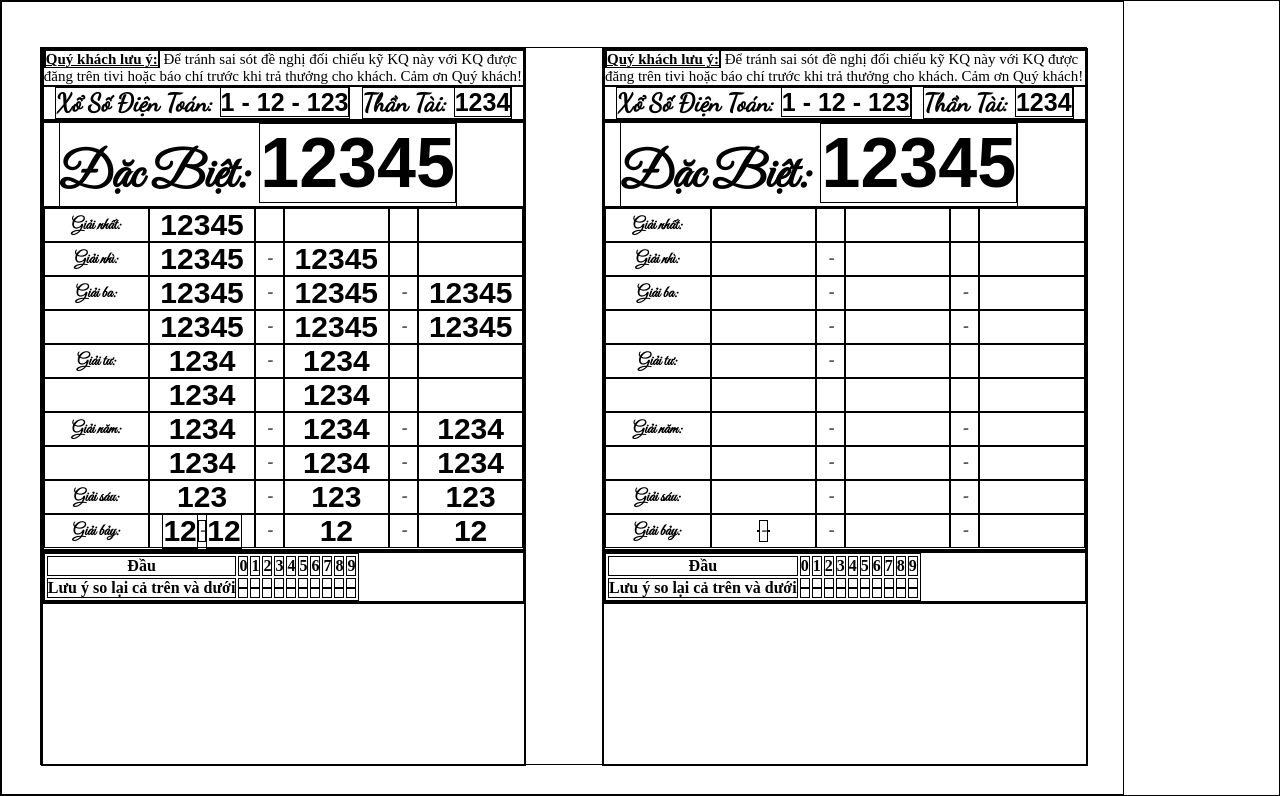
Repository: AnhDuc0125/xskt123
Page: index.html
These files come from the project's save history. The page is drawn as it stood at one moment and after the next save; the edit follows.
The browser window is 1280 px wide. The pictures show the whole page.
Some web fonts or font styles are not loaded; a fallback is used.

Above is the page before, as saved 2022-01-29 17:00:19.

After the next save:
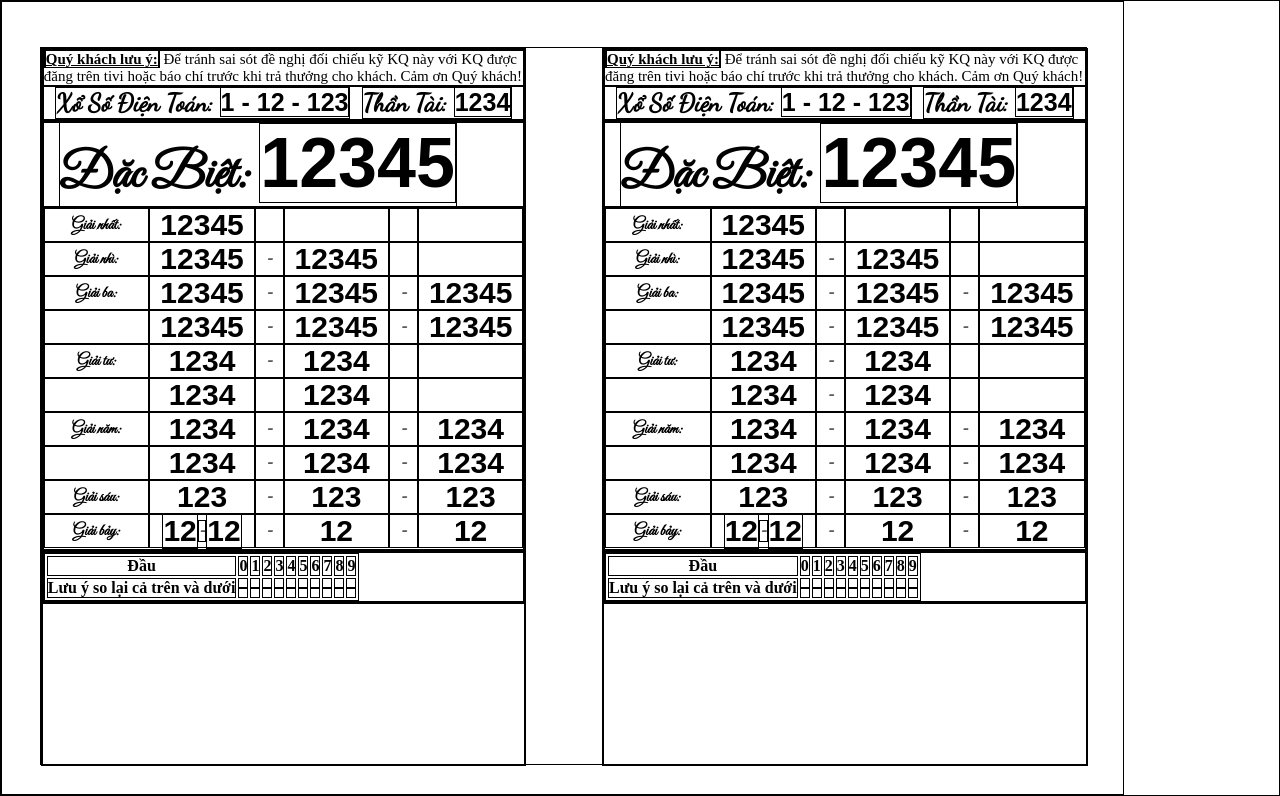
Saved 80 s later.
--- a/index.html
+++ b/index.html
@@ -194,78 +194,78 @@
           <div class="body--2">
             <!-- row1 -->
             <div class="body__item">Giải nhất:</div>
-            <div class="body__item data__body"></div>
+            <div class="body__item data__body">12345</div>
             <div class="body__item"></div>
             <div class="body__item"></div>
             <div class="body__item"></div>
             <div class="body__item"></div>
             <!-- row2 -->
             <div class="body__item">Giải nhì:</div>
-            <div class="body__item data__body"></div>
-            <div class="body__item space">-</div>
-            <div class="body__item data__body"></div>
+            <div class="body__item data__body">12345</div>
+            <div class="body__item space">-</div>
+            <div class="body__item data__body">12345</div>
             <div class="body__item"></div>
             <div class="body__item"></div>
             <!-- row3 -->
             <div class="body__item">Giải ba:</div>
-            <div class="body__item data__body"></div>
-            <div class="body__item space">-</div>
-            <div class="body__item data__body"></div>
-            <div class="body__item space">-</div>
-            <div class="body__item data__body"></div>
+            <div class="body__item data__body">12345</div>
+            <div class="body__item space">-</div>
+            <div class="body__item data__body">12345</div>
+            <div class="body__item space">-</div>
+            <div class="body__item data__body">12345</div>
             <!-- row4 -->
             <div class="body__item"></div>
-            <div class="body__item data__body"></div>
-            <div class="body__item space">-</div>
-            <div class="body__item data__body"></div>
-            <div class="body__item space">-</div>
-            <div class="body__item data__body"></div>
+            <div class="body__item data__body">12345</div>
+            <div class="body__item space">-</div>
+            <div class="body__item data__body">12345</div>
+            <div class="body__item space">-</div>
+            <div class="body__item data__body">12345</div>
             <!-- row5 -->
             <div class="body__item">Giải tư:</div>
-            <div class="body__item data__body"></div>
-            <div class="body__item space">-</div>
-            <div class="body__item data__body"></div>
+            <div class="body__item data__body">1234</div>
+            <div class="body__item space">-</div>
+            <div class="body__item data__body">1234</div>
             <div class="body__item"></div>
             <div class="body__item"></div>
             <!-- row6 -->
             <div class="body__item"></div>
-            <div class="body__item data__body"></div>
-            <div class="body__item"></div>
-            <div class="body__item data__body"></div>
+            <div class="body__item data__body">1234</div>
+            <div class="body__item">-</div>
+            <div class="body__item data__body">1234</div>
             <div class="body__item"></div>
             <div class="body__item"></div>
             <!-- row7 -->
             <div class="body__item">Giải năm:</div>
-            <div class="body__item data__body"></div>
-            <div class="body__item space">-</div>
-            <div class="body__item data__body"></div>
-            <div class="body__item space">-</div>
-            <div class="body__item data__body"></div>
+            <div class="body__item data__body">1234</div>
+            <div class="body__item space">-</div>
+            <div class="body__item data__body">1234</div>
+            <div class="body__item space">-</div>
+            <div class="body__item data__body">1234</div>
             <!-- row8 -->
             <div class="body__item"></div>
-            <div class="body__item data__body"></div>
-            <div class="body__item space">-</div>
-            <div class="body__item data__body"></div>
-            <div class="body__item space">-</div>
-            <div class="body__item data__body"></div>
+            <div class="body__item data__body">1234</div>
+            <div class="body__item space">-</div>
+            <div class="body__item data__body">1234</div>
+            <div class="body__item space">-</div>
+            <div class="body__item data__body">1234</div>
             <!-- row9 -->
             <div class="body__item">Giải sáu:</div>
-            <div class="body__item data__body"></div>
-            <div class="body__item space">-</div>
-            <div class="body__item data__body"></div>
-            <div class="body__item space">-</div>
-            <div class="body__item data__body"></div>
+            <div class="body__item data__body">123</div>
+            <div class="body__item space">-</div>
+            <div class="body__item data__body">123</div>
+            <div class="body__item space">-</div>
+            <div class="body__item data__body">123</div>
             <!-- row10 -->
             <div class="body__item">Giải bảy:</div>
             <div class="body__item">
-              <span class="data__body"></span>
+              <span class="data__body">12</span>
               <span>-</span>
-              <span class="data__body"></span>
-            </div>
-            <div class="body__item space">-</div>
-            <div class="body__item data__body"></div>
-            <div class="body__item space">-</div>
-            <div class="body__item data__body"></div>
+              <span class="data__body">12</span>
+            </div>
+            <div class="body__item space">-</div>
+            <div class="body__item data__body">12</div>
+            <div class="body__item space">-</div>
+            <div class="body__item data__body">12</div>
           </div>
         </div>
 
